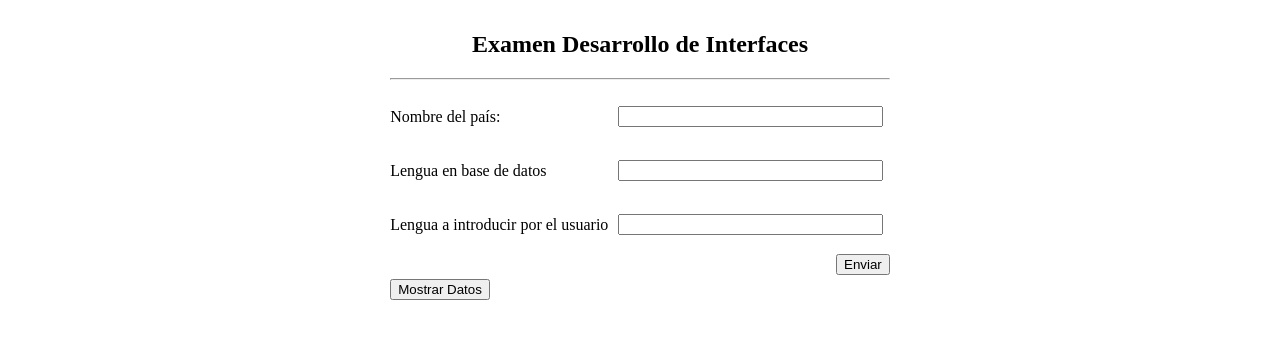
Repository: JulioBernad/ServletExamen
Page: http://localhost/DDI/Inicio.jsp
The author's editor kept a copy of each file at every save. The page is drawn from the files as they stood at one save, then again after the next save.
The browser window is 1280 px wide. The pictures show the whole page.
The page is served by Tomcat 9. Other server files are loaded and not shown.

Above is the page before, as saved 2016-11-30 07:12:34.

### DDI/src/main/webapp/Inicio.jsp
<%@ page language="java" contentType="text/html; charset=ISO-8859-1"
    pageEncoding="ISO-8859-1"%>
<!DOCTYPE html PUBLIC "-//W3C//DTD HTML 4.01 Transitional//EN" "http://www.w3.org/TR/html4/loose.dtd">
<html>
<head>
<meta http-equiv="Content-Type" content="text/html; charset=ISO-8859-1">
<title>Inicio</title>
</head>
<body>
	<form method="post" action="hello">
	<table width="40%" align="center">
		<tr>
			<td colspan="2" align="center"><h2>Examen Desarrollo de Interfaces</h2><hr></td>
		</tr>
		<tr>
			<td><p>Nombre del país:</p></td>
			<td><input type="text" id="pa" name="pa" size="30"></td>
		</tr>
		<tr>
			<td><p>Lengua en base de datos</p></td>
			<td><input type="text" id="lengua" name="lengua" size="30"></td>
		</tr>
		<tr>
			<td><p>Lengua a introducir por el usuario</p></td>
			<td><input type="text" id="lengua" name="lengua" size="30"></td>
		</tr>
		<tr>
			<td colspan="2" align="right"><input type="submit" value="Enviar"></td>
		</tr>
		<tr>
			<td colspan="2" align="left"><input type="button" onclick="window.location.href='mostrar.jsp'"  value="Mostrar Datos"></td>
		</tr>
	</table>
</form>
</body>
</html>

After the next save:
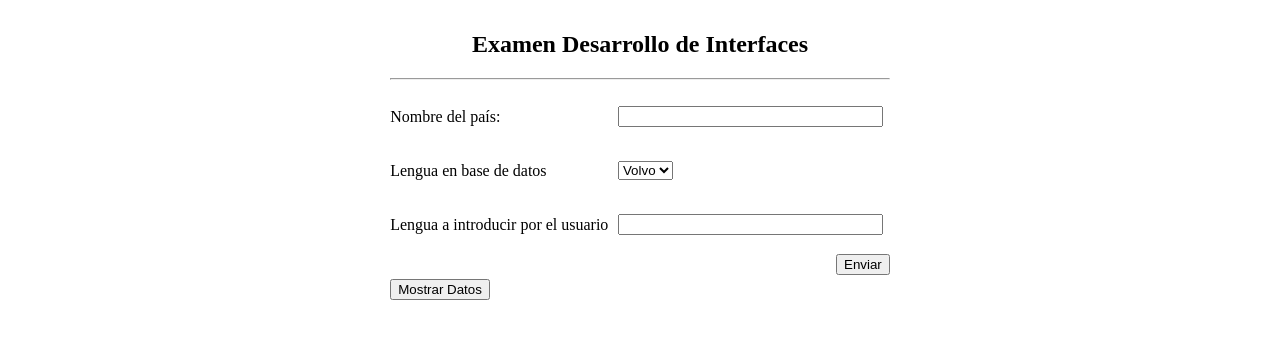
Saved 80 s later.
--- a/DDI/src/main/webapp/Inicio.jsp
+++ b/DDI/src/main/webapp/Inicio.jsp
@@ -18,7 +18,9 @@
 		</tr>
 		<tr>
 			<td><p>Lengua en base de datos</p></td>
-			<td><input type="text" id="lengua" name="lengua" size="30"></td>
+			<td><select>
+			  <option value="lenguaBase">Volvo</option>
+			</select></td>
 		</tr>
 		<tr>
 			<td><p>Lengua a introducir por el usuario</p></td>
